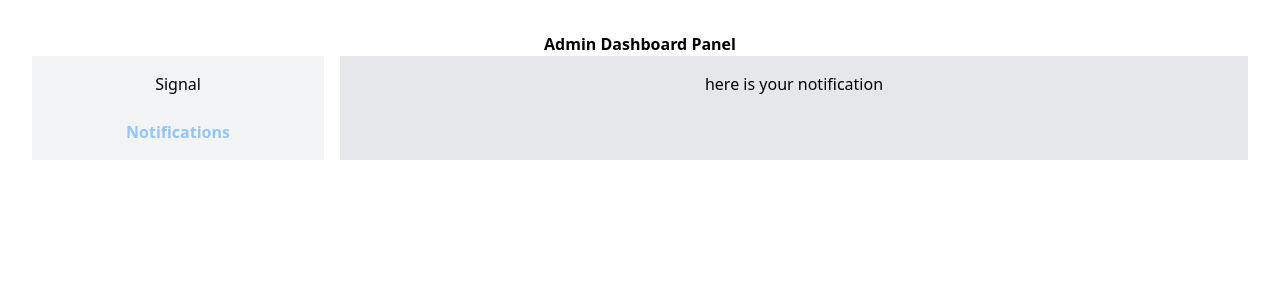
Repository: RahmanRakib9/Aurora-client-side
Page: /notification
These files come from the project's save history. The page is drawn as it stood at one moment and after the next save; the edit follows.
The browser window is 1280 px wide. The pictures show the whole page.
The page's requests for data from a server got no answer. The project was rebuilt for these pictures with package versions that can differ from the ones it lists, and the page was loaded fresh each time. No one was signed in, and anything a server would have sent is missing. Also part of the build but not shown: vite.config.js, src/components/home/Sidebar.jsx, src/components/home/Signal.jsx.

Above is the page before, as saved 2023-05-12 19:46:37.

After the next save:
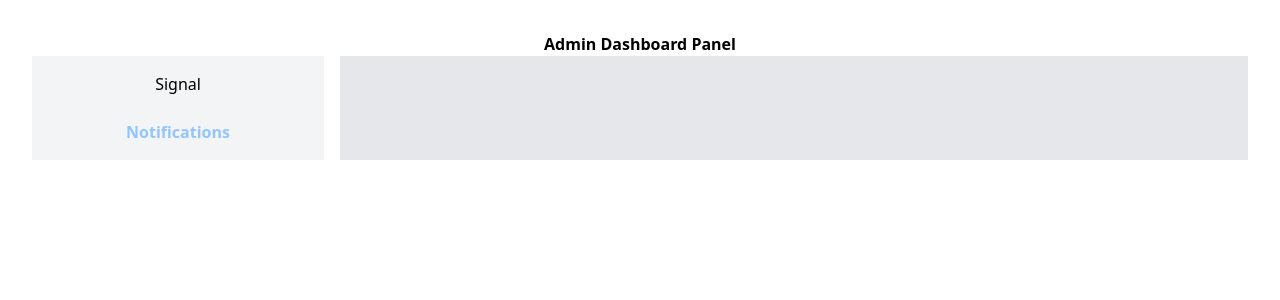
Saved 18 s later.
--- a/src/components/home/Notification.jsx
+++ b/src/components/home/Notification.jsx
@@ -13,7 +13,7 @@
   }, []);
 
   return <div>
-    here is your notification {data}
+
     </div>;
 };
 

After the save that followed:
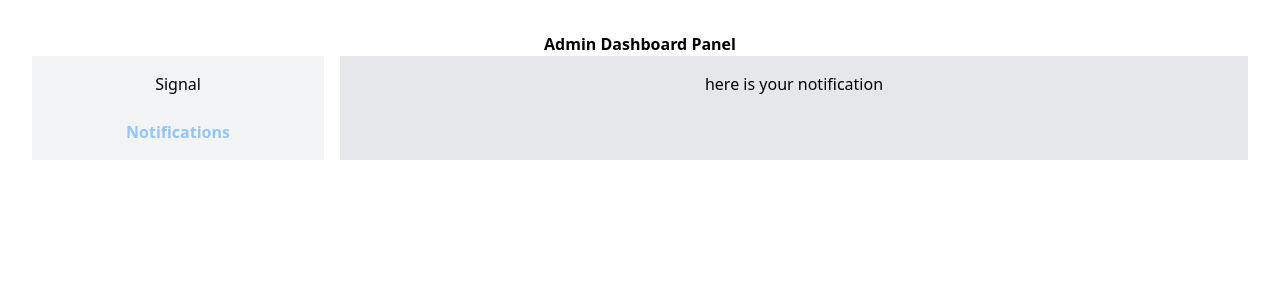
Saved 31 s later.
--- a/src/components/home/Notification.jsx
+++ b/src/components/home/Notification.jsx
@@ -13,7 +13,7 @@
   }, []);
 
   return <div>
-
+    here is your notification {data}
     </div>;
 };
 
